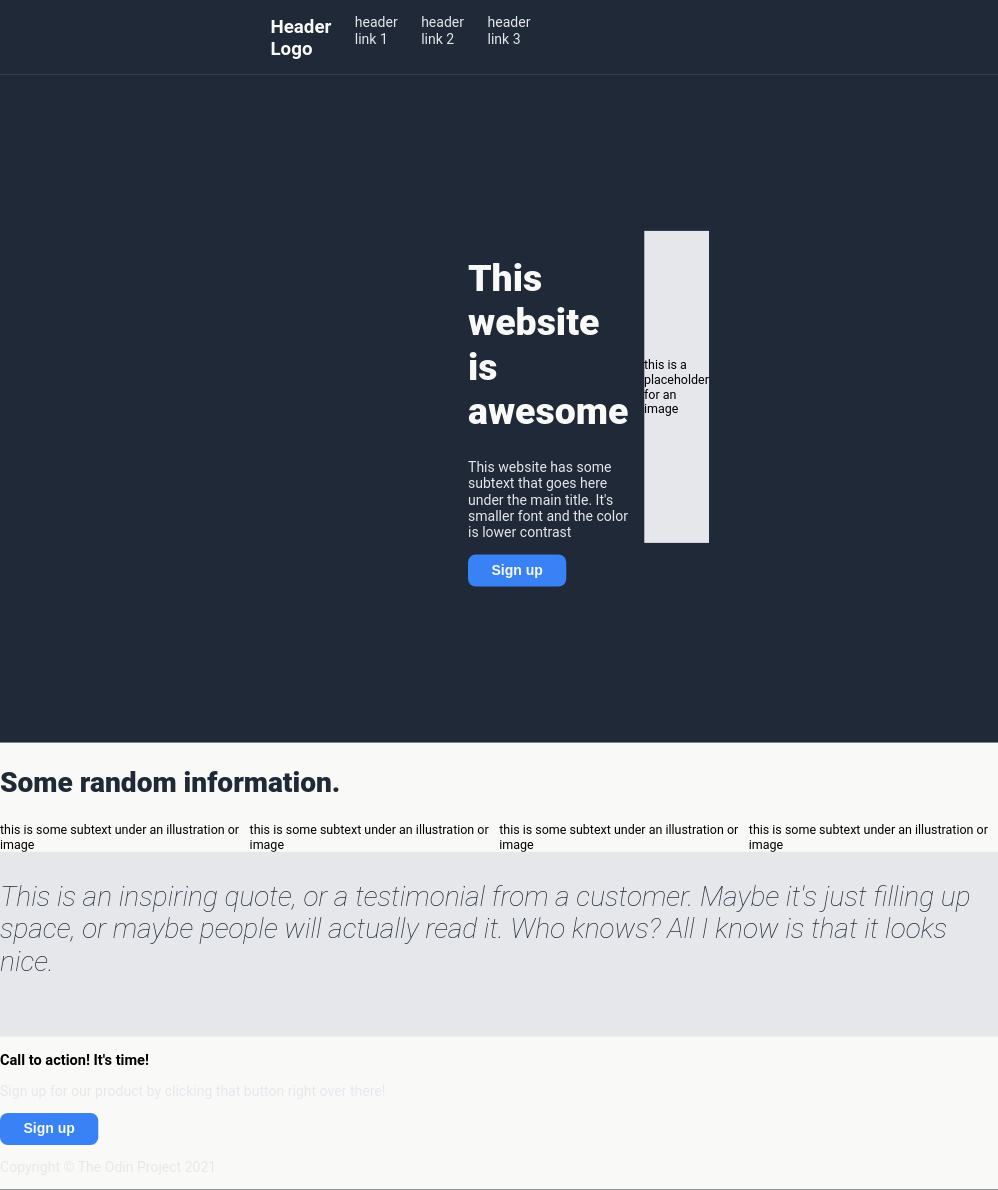
Repository: rsoetydev/landing-page
Page: index.html
These files come from the project's save history. The page is drawn as it stood at one moment and after the next save; the edit follows.
The browser window is 1280 px wide. The pictures show the whole page, at 78% of full size.

Above is the page before, as saved 2023-11-28 10:21:24.

### index.html
<!DOCTYPE html>
<html lang="en">
<head>
    <meta charset="UTF-8">
    <meta name="viewport" content="width=device-width, initial-scale=1.0">
    <title>Landing Page</title>
    <link rel="stylesheet" href="style.css">
</head>
<body>
    <div class="header">
        <h2 class="header-logo">Header Logo</h2>
        <p class="link-1">header link 1 </p>
        <p class="link-2">header link 2</p>
        <p class="link-3"> header link 3</p>
    </div>

    <div class="hero">
        <div class="hero-text">
            <h1 class="hero-title">This website is awesome</h1>
            <p class="hero-subtext">This website has some subtext that goes here under the main title. It's smaller font and the color is lower contrast</p>
            <button class="sign-up">Sign up</button>
        </div>
        <div class="hero-image-cont">
            this is a placeholder for an image
        </div>
    </div>

    <div class="info">
        <h2 class="info-title">Some random information.</h2>
        <div class="item-cont">
            <div class="item">
                <div class="item-pic"></div>
                <div class="item-text">this is some subtext under an illustration or image</div>
            </div>
            <div class="item">
                <div class="item-pic"></div>
                <div class="item-text">this is some subtext under an illustration or image</div>
            </div>
            <div class="item">
                <div class="item-pic"></div>
                <div class="item-text">this is some subtext under an illustration or image</div>
            </div>
            <div class="item">
                <div class="item-pic"></div>
                <div class="item-text">this is some subtext under an illustration or image</div>
            </div>
        </div>
    </div>

    <div class="quote">
        <p class="quote-text">
            This is an inspiring quote, or a testimonial from a customer. Maybe it's just filling up space, or maybe people will actually read it. Who knows? All I know is that it looks nice.
        </p>
        <p class="quote-author">-Thor, God of Thunder</p>
    </div>

    <div class="c2a">
        <div class="c2a-sub">
            <div class="c2a-text-container">
                <h3>Call to action! It's time!</h3>
                <p class="c2a-text">Sign up for our product by clicking that button right over there!</p>
            </div>
            <button class="c2a-sign-up">Sign up</button>
        </div>
    </div>

    <div class="footer">
        <p class="copyright">Copyright © The Odin Project 2021</p>
    </div>

</body>
</html>

### style.css


:root {
    --dark: #1F2937;
    --gray: #E5E7EB;
    --white: #F9FAF8;
    --blue: #3882F6;

    font-family: 'Roboto', arial;
}

body{
    background-color:var(--white);
    padding: 0;
    margin: 0;
    display: flex;
    flex-direction: column;
}

h1{
    font-size:48px;
    font-weight:900;
    color: var(--white);
}

p{
    color: var(--gray);
    font-size: 18px;
}

h2{
    color: var(--white);
    font-size: 24px;
    font: weight 600px;
}

.info-title {
    font-size: 36px;
    color:var(--dark);
    font-weight: 900;
}

.quote-text {
    font-size: 36px;
    font-style: italic;
    font-weight: 200;
    color:var(--dark);
}

button{
    background-color: var(--blue);
    color:var(--white);
    font-size: 18px;
    font-weight: 600;
    padding: 10px 30px;
    border: none;
    border-radius: 10px;
}

.header{
    display:flex;
    background-color: var(--dark);
    justify-content: flex-end;
    gap:30px;
    padding: 0px 600px;
}

.header-logo{
    flex: 1;
}

.hero{
    display:flex;
    background-color: var(--dark);
    padding: 200px 600px;
    justify-content:space-between;
    gap: 20px;
}

.hero-image-cont{
    background-color:var(--gray);
    display:flex;
    justify-content: center;
    align-items: center;
    width: 800px;
    height: 400px;
}

.info{
    display: flex;
    flex-direction: column;
    justify-content: center;
}

.item-cont{
    display:flex;
    justify-content: space-evenly;
}

.quote{
    background-color: var(--gray);

.c2a{
    background-color: var(--blue);
}

.footer{
    background-color: var(--dark);
}

After the next save:
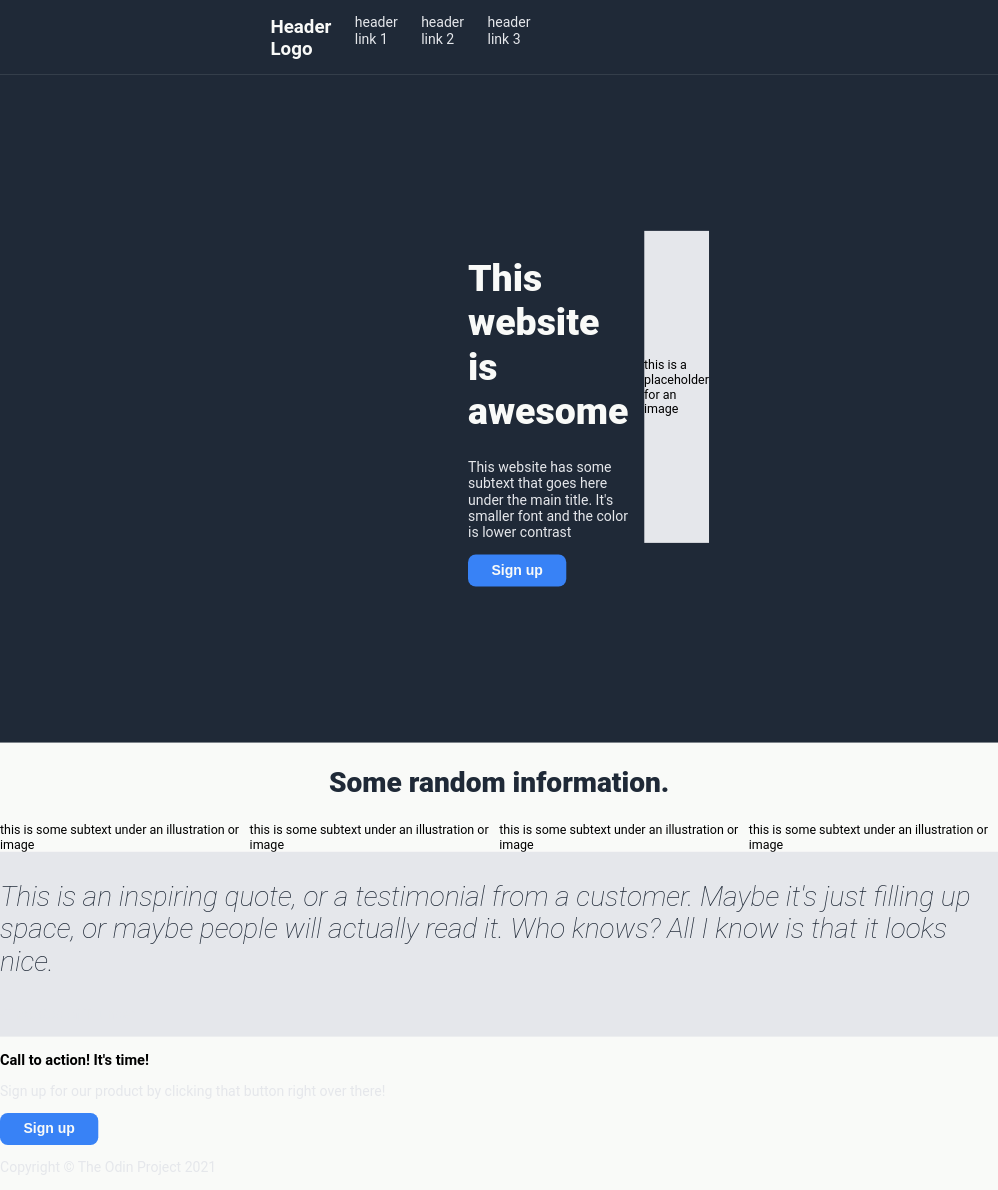
Saved 29 s later.
--- a/style.css
+++ b/style.css
@@ -86,6 +86,10 @@ button{
     height: 400px;
 }
 
+.info-title{
+    text-align: center;
+}
+
 .info{
     display: flex;
     flex-direction: column;
